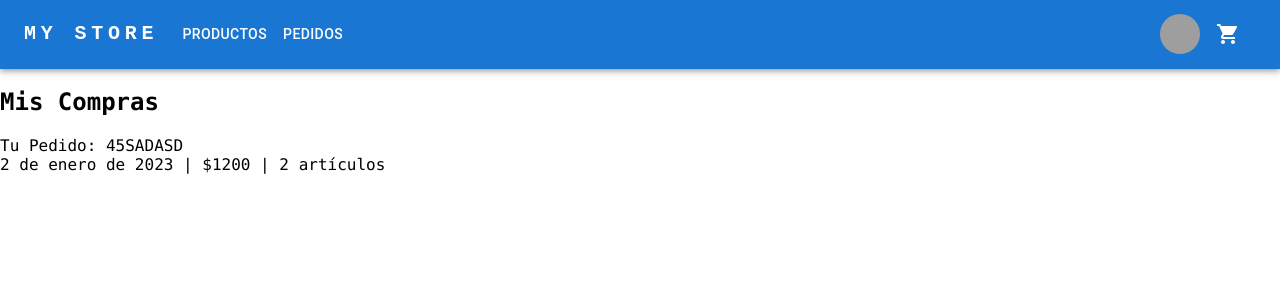
Repository: DanielBorussia/front-my-store
Page: /OrderList
The author's editor kept a copy of each file at every save. The page is drawn from the files as they stood at one save, then again after the next save.
The browser window is 1280 px wide. The pictures show the whole page.
Pictures or frames that could not be fetched are drawn as grey boxes. The project was rebuilt for these pictures with package versions that can differ from the ones it lists, and the page was loaded fresh each time. Also part of the build but not shown: src/components/OrderItem.js, src/containers/MyOrderPreview.js, src/components/ProductItem.js, src/hooks/useGetProducts.js, src/shared/Loading.js, src/containers/ProductList.js, src/pages/Home.js.

Above is the page before, as saved 2023-07-01 16:32:46.

After the next save:
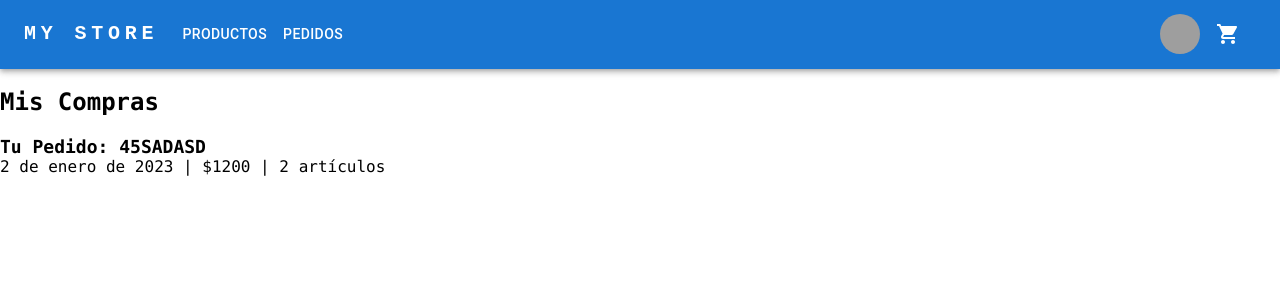
Saved 73 s later.
--- a/src/components/ShoppingItem.js
+++ b/src/components/ShoppingItem.js
@@ -1,5 +1,8 @@
+import React from 'react';
+// UI
 import { Box } from '@mui/material';
-import React from 'react'
+// Styles Component
+import './../styles/ShoppingItem.scss';
 
 const ShoppingItem = ({ order }) => {
     return (
